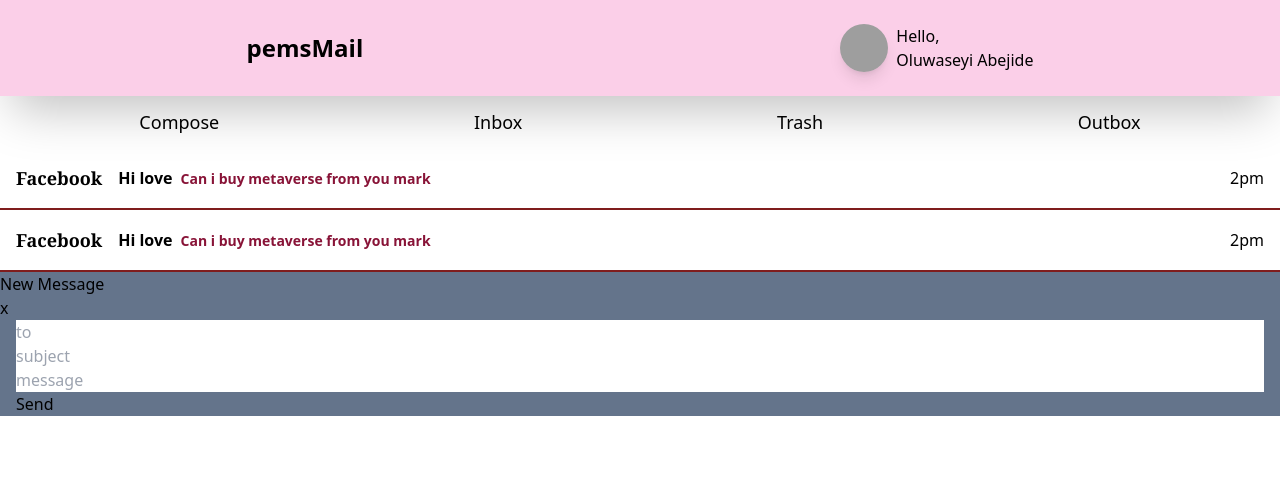
Repository: Semanmernstack/mailclone
Page: /
The author's editor kept a copy of each file at every save. The page is drawn from the files as they stood at one save, then again after the next save.
The browser window is 1280 px wide. The pictures show the whole page.
Pictures or frames that could not be fetched are drawn as grey boxes. The project was rebuilt for these pictures with package versions that can differ from the ones it lists, and the page was loaded fresh each time. Also part of the build but not shown: src/features/counter/Counter.module.css, src/features/counter/Counter.js, src/Mail.js.

Above is the page before, as saved 2023-01-16 03:47:27.

After the next save:
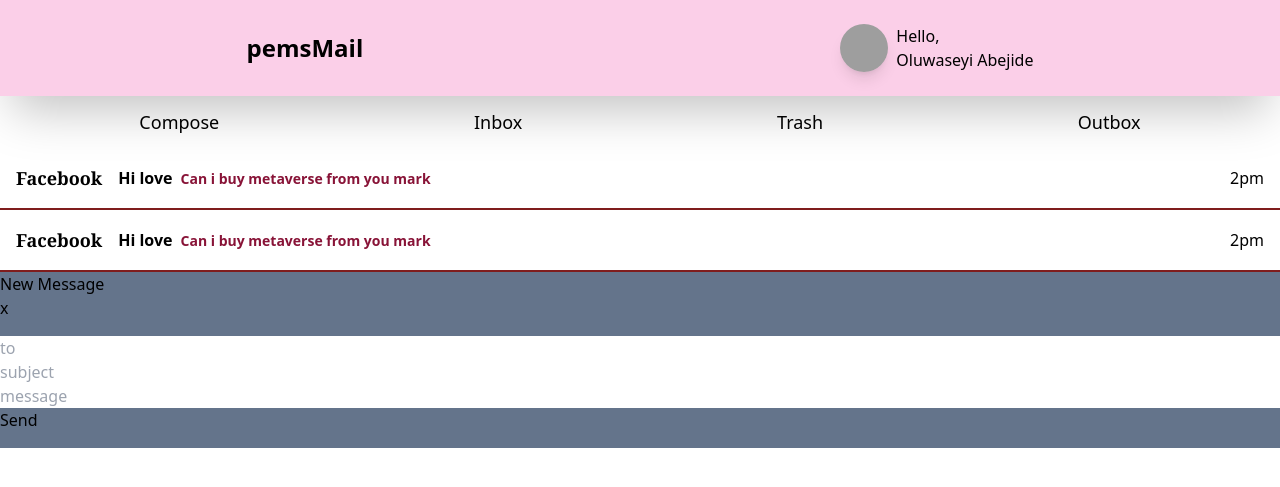
Saved 14 s later.
--- a/src/SendMail.js
+++ b/src/SendMail.js
@@ -10,7 +10,7 @@ function SendMail() {
                 <h3>New Message</h3>
                 <button   >x</button>
             </div>
-            <form onSubmit={handleSubmit(onSubmit)} className="flex flex-col mx-4" >
+            <form onSubmit={handleSubmit(onSubmit)} className="flex flex-col my-4" >
                 <input type="emails"
                     placeholder='to'
                     {...register("to", { required: true })}
